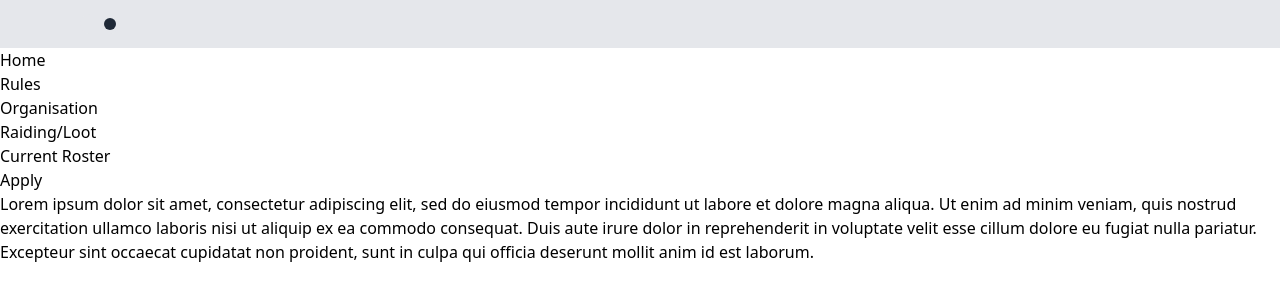
Repository: eaang/catguild_frontend
Page: /
The author's editor kept a copy of each file at every save. The page is drawn from the files as they stood at one save, then again after the next save.
The browser window is 1280 px wide. The pictures show the whole page.
The project was rebuilt for these pictures with package versions that can differ from the ones it lists, and the page was loaded fresh each time. The framework's server and built-in components were replaced by stand-ins that run in the browser. Also part of the build but not shown: nuxt.config.js, components/ContentBox.vue, components/ContentEditor.vue, components/ImageBox.vue, components/SidebarMain.vue, components/SidebarSub.vue, components/TheFoooter.vue, components/icons/ChevronDown.vue and 19 more. Imported but missing from the stored project, and not drawn on this page: apollo/queries/categories/category.

Above is the page before, as saved 2021-04-02 17:51:26.

After the next save:
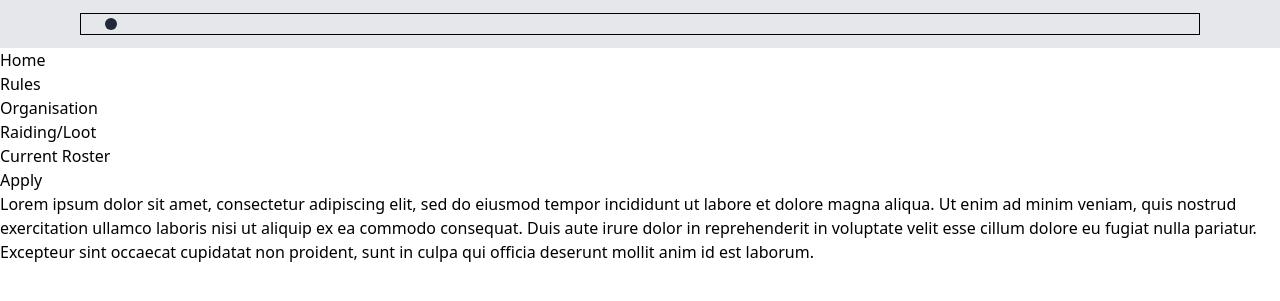
Saved 23 s later.
--- a/components/ToggleButton.vue
+++ b/components/ToggleButton.vue
@@ -1,5 +1,5 @@
 <template>
-  <div @click="currentStatus = !currentStatus">
+  <div class="border border-black" @click="currentStatus = !currentStatus">
     <div
       class="w-10 h-5 px-1 rounded-full grid justify-items-auto items-center"
       :class="{ 'bg-gray-800': currentStatus, 'bg-gray-200': !currentStatus }"
